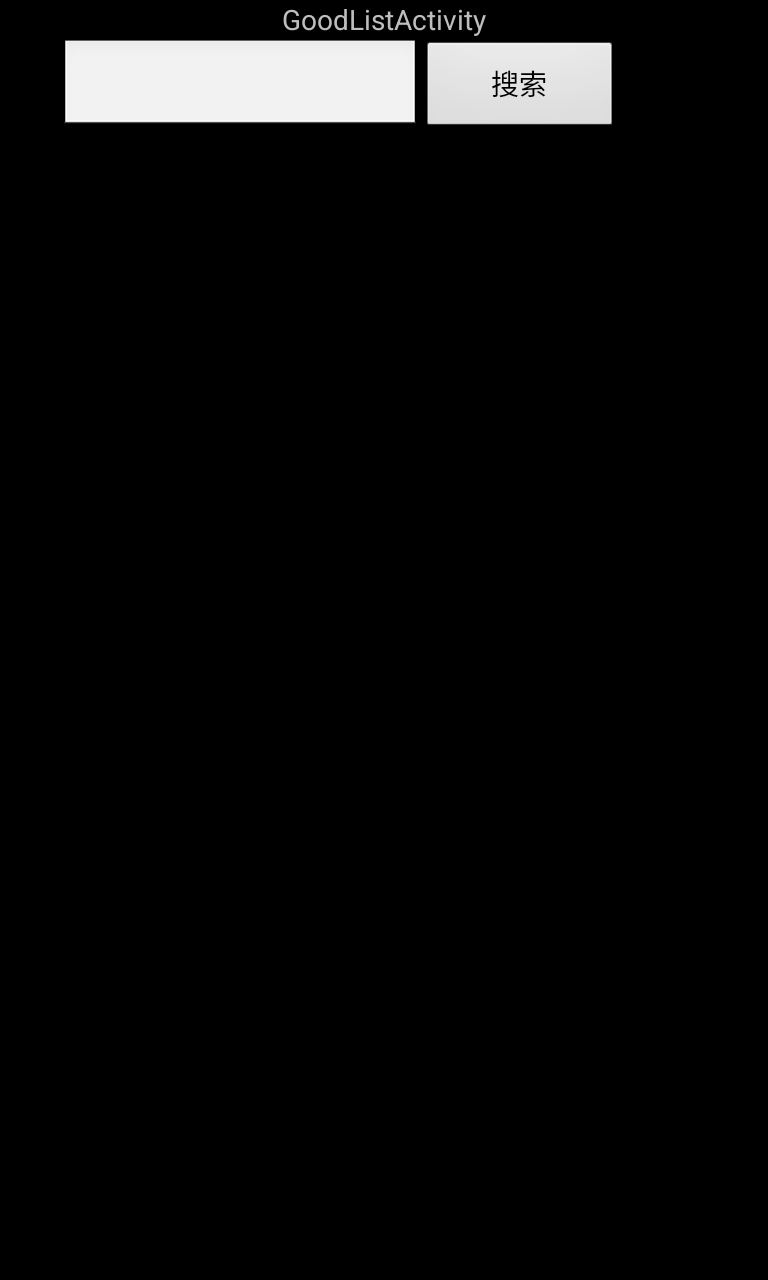
Repository: jcyfkimi/Android-TaoTao
Layout: TaoTao/res/layout/buyergoodlist.xml
These files come from the project's save history. The layout is drawn as it stood at one moment and after the next save; the edit follows.
It is drawn on a 768 x 1280 px phone screen (xhdpi) without system bars, with theme android:Theme; the app's code is not run. Lists and similar views that code fills are empty.

Above is the layout before, as saved 2011-09-15 07:04:47.

### TaoTao/res/layout/buyergoodlist.xml
<?xml version="1.0" encoding="utf-8"?>
<LinearLayout
  xmlns:android="http://schemas.android.com/apk/res/android"
  android:orientation="vertical"
  android:layout_width="match_parent"
  android:layout_height="match_parent">
    <TextView android:id="@+id/userinfo"
    	android:layout_width="wrap_content"
    	android:layout_height="wrap_content"
    	android:layout_gravity="center_horizontal"
    	android:text="GoodListActivity"
    	/>
   <LinearLayout xmlns:android="http://schemas.android.com/apk/res/android"
	    android:orientation="horizontal"
	    android:layout_width="wrap_content"
	    android:layout_height="wrap_content"
	    android:layout_marginLeft="30dip"
	    >
	    <EditText android:id="@+id/searchtxt"
	    	android:layout_width="180dip"
	    	android:layout_height="wrap_content"
	    	/>
	    <Button android:id="@+id/searchbtn"
	    	android:layout_width="100dip"
	    	android:layout_height="wrap_content"
	    	android:text="@string/searchbtn"/>
	    </LinearLayout>

   <LinearLayout xmlns:android="http://schemas.android.com/apk/res/android"
	    android:orientation="horizontal"
	    android:layout_width="wrap_content"
	    android:layout_height="wrap_content"
	    android:layout_marginLeft="30dip"
	    >

	   </LinearLayout>
    <ListView android:id="@+id/goodslist"
    	android:layout_width="fill_parent"
    	android:layout_height="wrap_content"
    	android:scrollbars="vertical"
    	></ListView>
</LinearLayout>

### TaoTao/res/values/strings.xml
<?xml version="1.0" encoding="utf-8"?>
<resources>
    <string name="app_name">TaoTao</string>
    <string name="logintext">账号:</string>
    <string name="passtext">密码:</string>
    <string name="forgetpass">忘记密码?</string>
    <string name="btnlogin">登录</string>
    <string name="btnreg">注册</string>
    <string name="regtitle">欢迎注册</string>
    <string name="reguname">账        号:</string>
    <string name="regpass">密        码:</string>
    <string name="regpasscfm">确认密码:</string>
    <string name="regemail">电子邮件:</string>
    <string name="rdobuyer">买家</string>
    <string name="rdosailer">卖家</string>
    <string name="regbtn">注册</string>
    <string name="regreset">重置</string>
    <string name="indexhead">淘淘购物</string>
    <string name="searchbtn">搜索</string>
</resources>

After the next save:
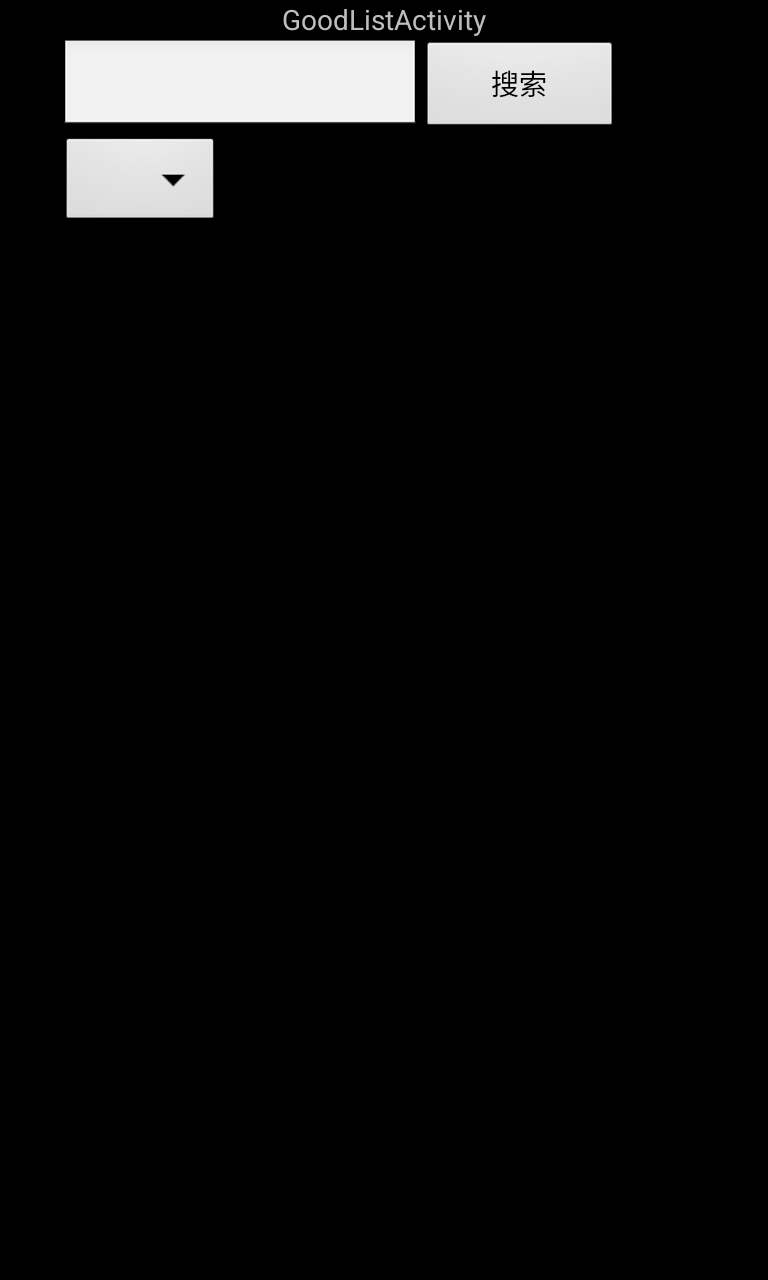
Saved 11 min 44 s later.
--- a/TaoTao/res/layout/buyergoodlist.xml
+++ b/TaoTao/res/layout/buyergoodlist.xml
@@ -32,7 +32,10 @@
 	    android:layout_height="wrap_content"
 	    android:layout_marginLeft="30dip"
 	    >
-
+	  <Spinner android:id="@+id/switch"
+	  	android:layout_width="fill_parent"
+	  	android:layout_height="wrap_content"
+	  	/>
 	   </LinearLayout>
     <ListView android:id="@+id/goodslist"
     	android:layout_width="fill_parent"
